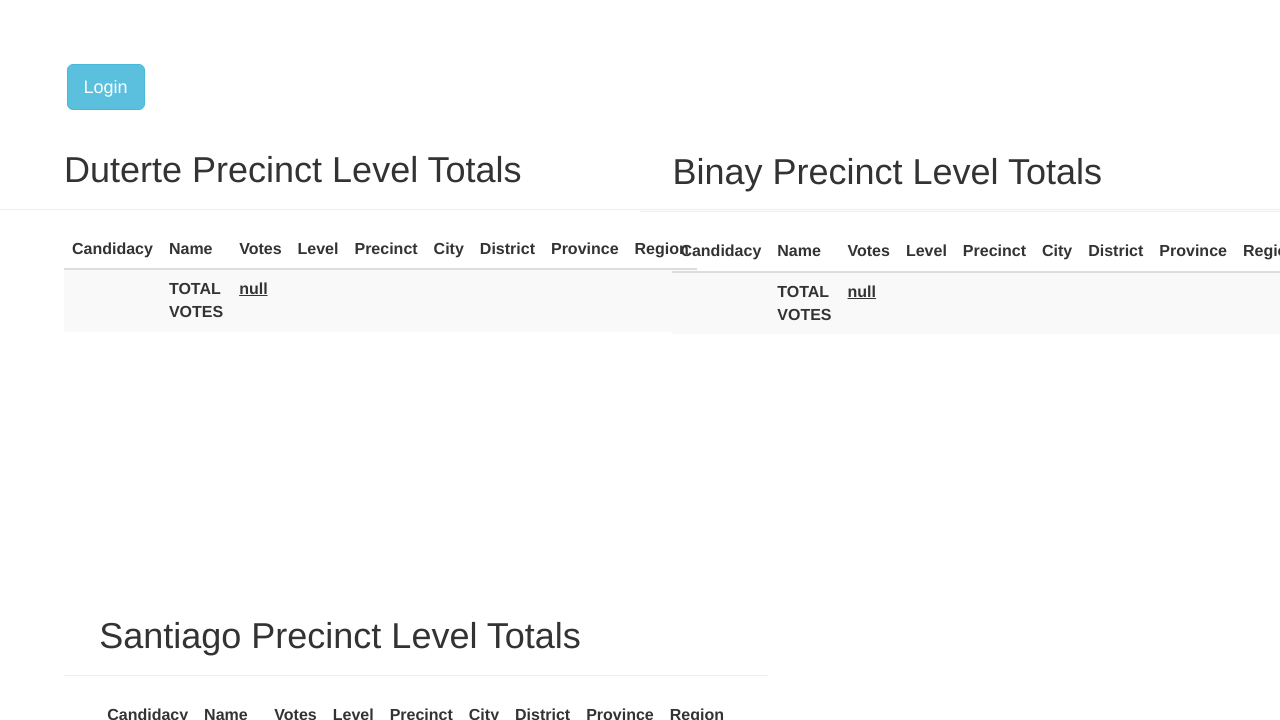
Repository: acbalutan/softdev-cencas-team_apink
Page: http://localhost/AES/
An editor plug-in stored every save of this project. The page is shown before and after the next save, followed by the edit.
The browser window is 1280 px wide. The pictures show the whole page.
The page is served by Tomcat 9. Queries for data that is not in the repository find no rows.

Above is the page before, as saved 2016-02-26 11:11:11.
Console error (its wording comes from the project's code and is left out).

After the next save:
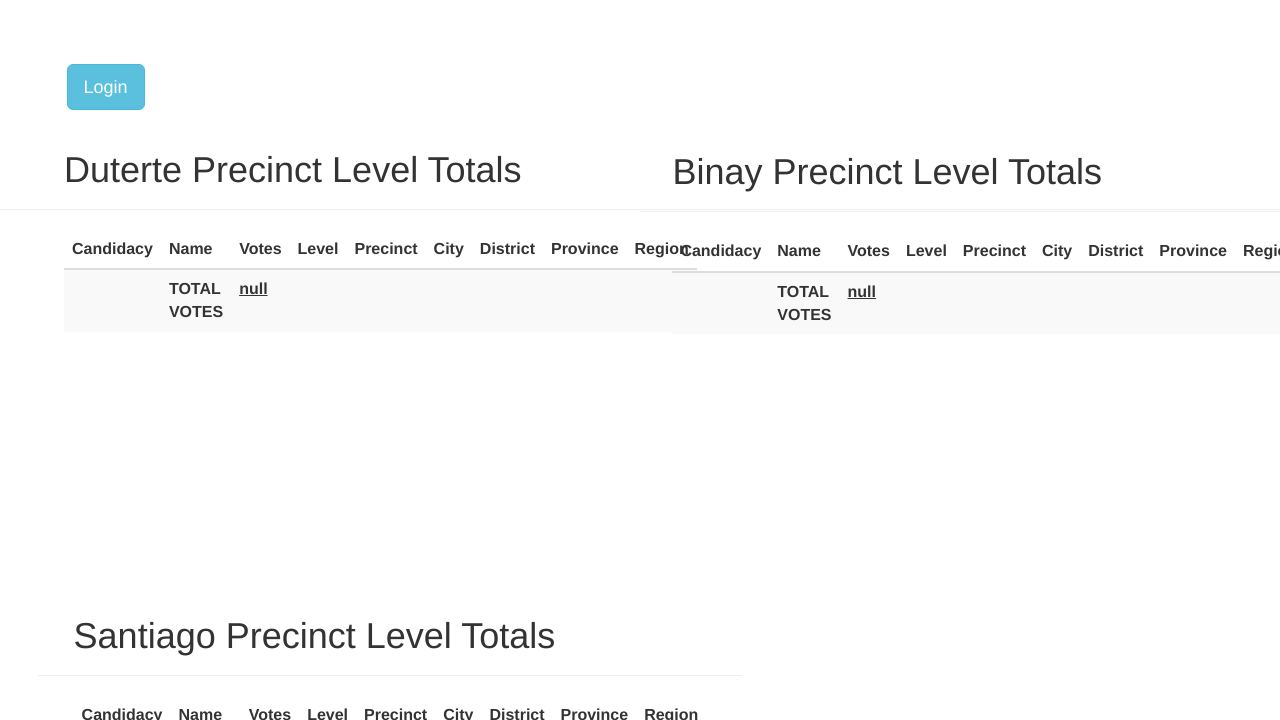
Saved 13 s later.
--- a/workspace/AES/WebContent/index.jsp
+++ b/workspace/AES/WebContent/index.jsp
@@ -138,7 +138,7 @@
 	</div>
 </div>
 
-<div style="position: absolute; top: 80%; left: 5%;">
+<div style="position: absolute; top: 80%; left: 3%;">
 	<div class="page-header" style="padding-left: 5%;">
 		<h1>Santiago Precinct Level Totals</h1>
 	</div>
